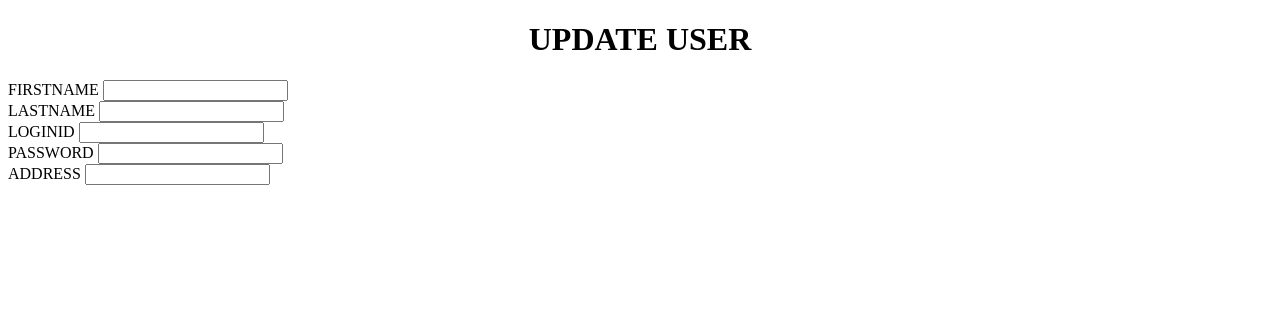
Repository: jatinragh42/Project_3_module
Page: http://localhost/p3/UpdateView.jsp
An editor plug-in stored every save of this project. The page is shown before and after the next save, followed by the edit.
The browser window is 1280 px wide. The pictures show the whole page.
The page is served by Tomcat 9.

Above is the page before, as saved 2023-12-01 07:11:12.

After the next save:
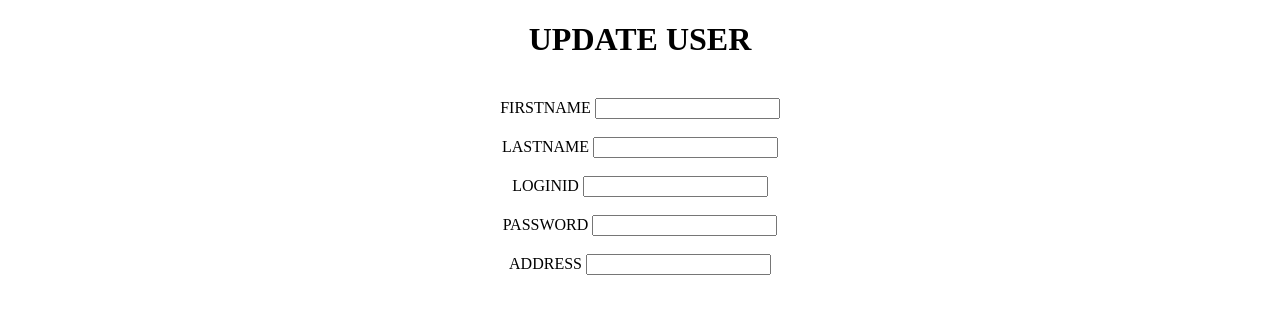
Saved 81 s later.
--- a/Project_3_module_practice/p3/src/main/webapp/UpdateView.jsp
+++ b/Project_3_module_practice/p3/src/main/webapp/UpdateView.jsp
@@ -14,28 +14,33 @@
 
 <h1 align="center">UPDATE USER</h1>
 
+<div align="center">
 <div>
-<div>
+<br>
 <label>FIRSTNAME</label>
 <input type="text" name="FirstName" value="">
 </div>
 
 <div>
+<br>
 <label>LASTNAME</label>
 <input type="text" name="LastName" value="">
 </div>
 
 <div>
+<br>
 <label>LOGINID</label>
 <input type="text" name="LoginId" value="">
 </div>
 
 <div>
+<br>
 <label>PASSWORD</label>
 <input type="text" name="Password" value="">
 </div>
 
 <div>
+<br>
 <label>ADDRESS</label>
 <input type="text" name="Address" value="">
 </div>
